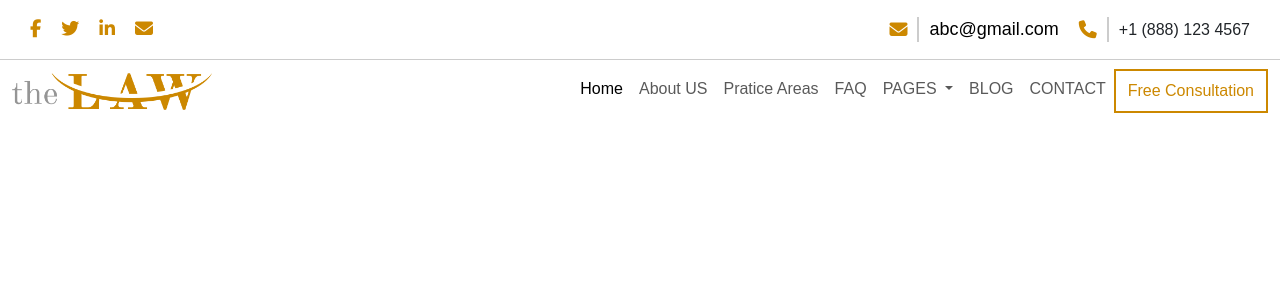
Repository: arehmanraza/lawyer_website
Page: Pages/index.html
The author's editor kept a copy of each file at every save. The page is drawn from the files as they stood at one save, then again after the next save.
The browser window is 1280 px wide. The pictures show the whole page.
Some web libraries are served in a nearby version.

Above is the page before, as saved 2024-05-22 01:52:31.

### Pages/index.html
<!DOCTYPE html>
<html lang="en">
  <head>
    <meta charset="utf-8" />
    <meta name="viewport" content="width=device-width, initial-scale=1" />
    <title>The Lawyer</title>
    <link
      rel="stylesheet"
      href="https://pro.fontawesome.com/releases/v5.10.0/css/all.css"
      integrity="sha384-AYmEC3Yw5cVb3ZcuHtOA93w35dYTsvhLPVnYs9eStHfGJvOvKxVfELGroGkvsg+p"
      crossorigin="anonymous"
    />
    <link rel="stylesheet" href="/Styling/style.css" />
    <link
      rel="stylesheet"
      href="https://cdnjs.cloudflare.com/ajax/libs/font-awesome/6.5.2/css/all.min.css"
      integrity="sha512-SnH5WK+bZxgPHs44uWIX+LLJAJ9/2PkPKZ5QiAj6Ta86w+fsb2TkcmfRyVX3pBnMFcV7oQPJkl9QevSCWr3W6A=="
      crossorigin="anonymous"
      referrerpolicy="no-referrer"
    />
    <link
      href="https://cdn.jsdelivr.net/npm/bootstrap@5.3.3/dist/css/bootstrap.min.css"
      rel="stylesheet"
      integrity="sha384-QWTKZyjpPEjISv5WaRU9OFeRpok6YctnYmDr5pNlyT2bRjXh0JMhjY6hW+ALEwIH"
      crossorigin="anonymous"
    />
  </head>
  <body>
    <div class="main-container">


      <!-- ---------------head_top_container start ------------------  -->




      <div class="head_top">
        <div class="head_top_left">
          <ul>
            <li>
              <i class="icon2 fa-brands fa-facebook-f"></i>
            </li>
            <li>
              <i class="icon2 fa-brands fa-twitter"></i>
            </li>
            <li>
              <i class="icon2 fa-brands fa-linkedin-in"></i>
            </li>
            <li>
              <i class="icon2 fa-solid fa-envelope"></i>
            </li>
          </ul>
        </div>
        <div class="head_top_right">
          <ul>
            <li>
              <i class="icon2 fa-solid fa-envelope"></i>
              <p class="border1"></p>
              <span><a class="phoneno" href = "mailto: a.rehman78766@gmail.com">abc@gmail.com</a></span>
            </li>
            <li>
              <i class="icon2 fa-solid fa-phone"></i>
              <p class="border1"></p>
              <span>+1 (888) 123 4567</span>
            </li>

          </ul>
        </div>
      </div>
      <!-- ---------------head_top_container end ------------------  -->






      <!-- ---------------Navbar_container start ------------------  -->


      <nav class="navbar navbar-expand-lg ">
        <div class="container-fluid">
          <a class="navbar-brand" href="#"><img src="/Images/logo.png"  width="200px"></a>
          <button class="navbar-toggler" type="button" data-bs-toggle="collapse" data-bs-target="#navbarSupportedContent" aria-controls="navbarSupportedContent" aria-expanded="false" aria-label="Toggle navigation">
            <span class="navbar-toggler-icon"></span>
          </button>
          <div class="collapse navbar-collapse" id="navbarSupportedContent">
            <ul class="navbar-nav ms-auto mb-2 mb-lg-0">
              <li class="nav-item">
                <a class="nav-link active" aria-current="page" href="#">Home</a>
              </li>
              <li class="nav-item">
                <a class="nav-link" href="#">About US</a>
              </li>
              <li class="nav-item">
                <a class="nav-link" href="#">Pratice Areas</a>
              </li>
              <li class="nav-item">
                <a class="nav-link" href="#">FAQ</a>
              </li>

              <li class="nav-item dropdown">
                <a class="nav-link dropdown-toggle" href="#" role="button" data-bs-toggle="dropdown" aria-expanded="false">
                  PAGES
                </a>
                <ul class="dropdown-menu">
                  <li><a class="dropdown-item" href="#">SHOP</a></li>
                  <li><a class="dropdown-item" href="#">ABOUT 2</a></li>
                  <li><a class="dropdown-item" href="#">CONTACT 2</a></li>
                </ul>
              </li>
              <li class="nav-item">
                <a class="nav-link" href="#">BLOG</a>
              </li>
              <li class="nav-item">
                <a class="nav-link" href="#">CONTACT</a>
              </li>
              <li class="nav-item">
                <button class="btns1">Free Consultation</button>
              </li>
            </ul>

          </div>
        </div>
      </nav>





      <!-- ---------------Navbar_container end ------------------  -->





    </div>
    <script
      src="https://cdn.jsdelivr.net/npm/bootstrap@5.3.3/dist/js/bootstrap.bundle.min.js"
      integrity="sha384-YvpcrYf0tY3lHB60NNkmXc5s9fDVZLESaAA55NDzOxhy9GkcIdslK1eN7N6jIeHz"
      crossorigin="anonymous"
    ></script>
  </body>
</html>

### Styling/style.css
*{
    margin: 0;
    padding: 0;
    box-sizing: border-box;
    font-family: Arial, Helvetica, sans-serif, "Montserrat";
}
.main-container{
    background-color: #fff;
    width: 100%;
    height: 100vh;
    padding: 0px;
}

.head_top {
    width: 100%;
    height: 60px;
    display: flex;
    justify-content: space-between;
    align-items: center; /* Center items vertically */
    border-bottom: 1px solid #ccc;
    padding: 0px 20px;
}

.head_top_left {
    width: 50%;
    display: flex; /* Ensure the left container is also using flexbox */
    align-items: center; /* Center items vertically */
}
.head_top_left ul {
    display: flex;
    list-style: none;
    padding: 0;
    margin: 0;
}
.head_top_left ul li{
    padding: 0px 10px;
}
.head_top_right{
    display: flex;
    align-items: center;
    width: 50%;
}
.head_top_right ul{
    display: flex;
    list-style: none;
    padding: 0;
    margin: 0px 0px 0px auto;

}
.head_top_right ul li{
    padding: 0px 10px;
    display: flex;
    align-items: center;
}
.border1{
    border-left: 2px solid #ccc;

    height: 25px;
    margin: 0px 10px;
}
.icon2{
    color:  #cc8800;
  font-size: large;
}
.phoneno{
    color: black;
    font-size: 18px;
    font-weight: 500;
    text-decoration: none
}
.btns1{
    padding: 8px 12px;
    border: none;
    color: #cc8800;
    border: 2px solid #cc8800;
    background-color: white;
}
.nav-link{
    marg
}

After the next save:
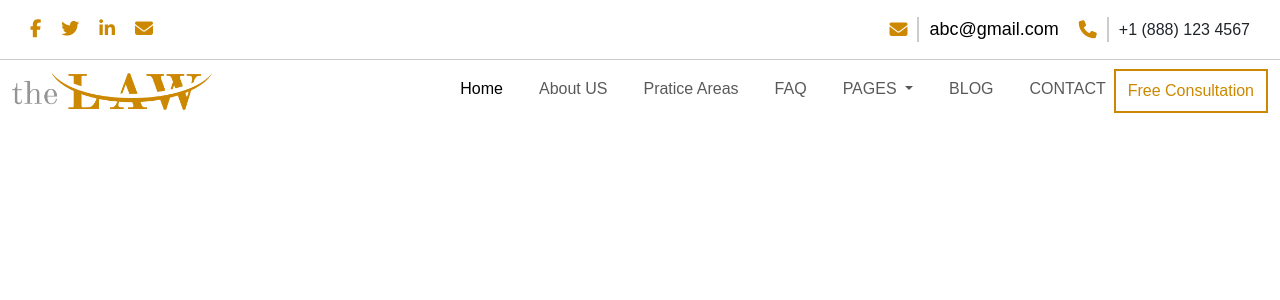
Saved 5 s later.
--- a/Styling/style.css
+++ b/Styling/style.css
@@ -76,5 +76,5 @@
     background-color: white;
 }
 .nav-link{
-    marg
+    margin-left: 20px !important;
 }
